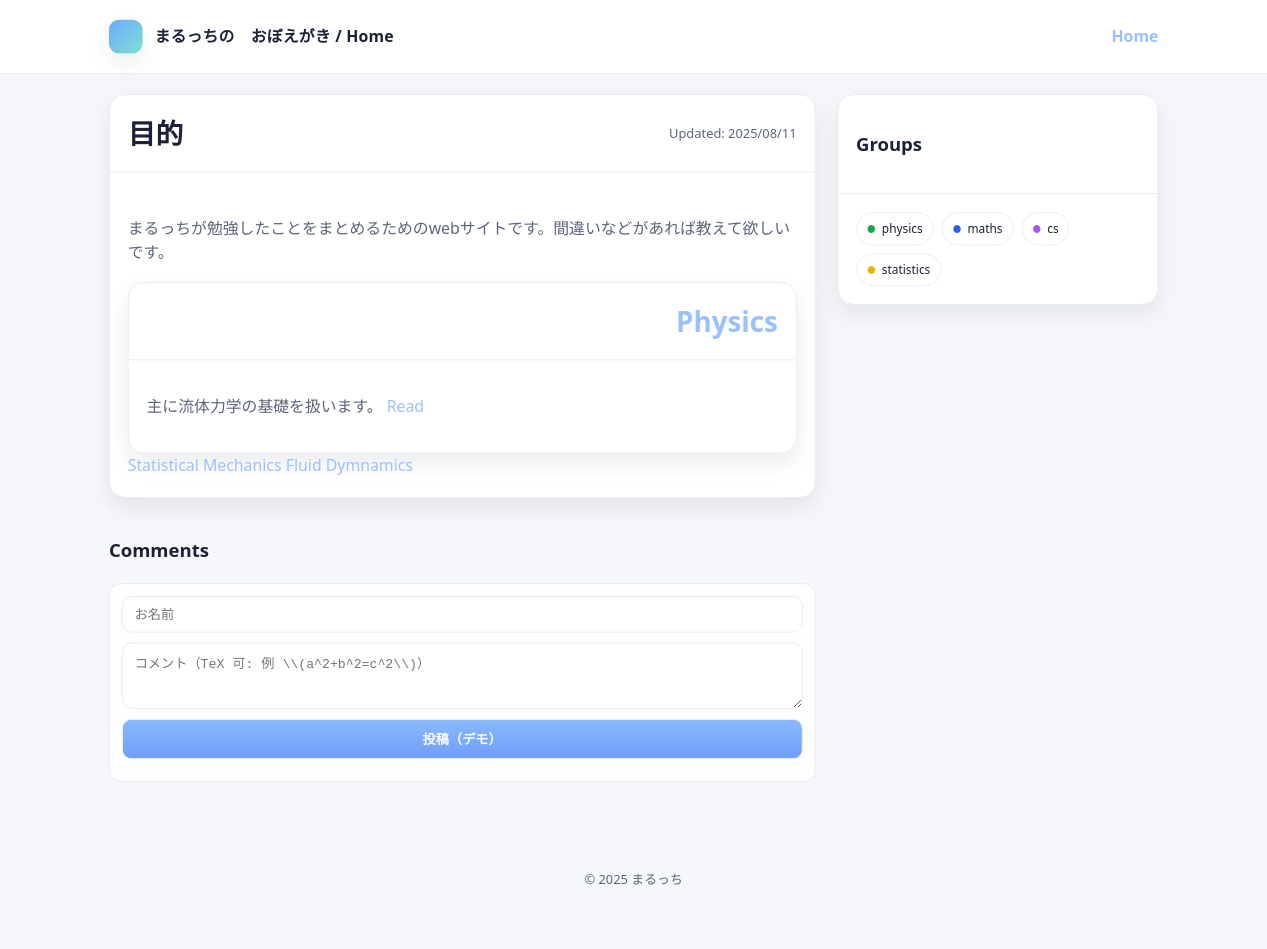
Repository: Riki-Mochimaru/tureduretunedune
Page: index.html
These files come from the project's save history. The page is drawn as it stood at one moment and after the next save; the edit follows.
The browser window is 1280 px wide. The pictures show the whole page, at 99% of full size.

Above is the page before, as saved 2025-08-11 23:45:48.

After the next save:
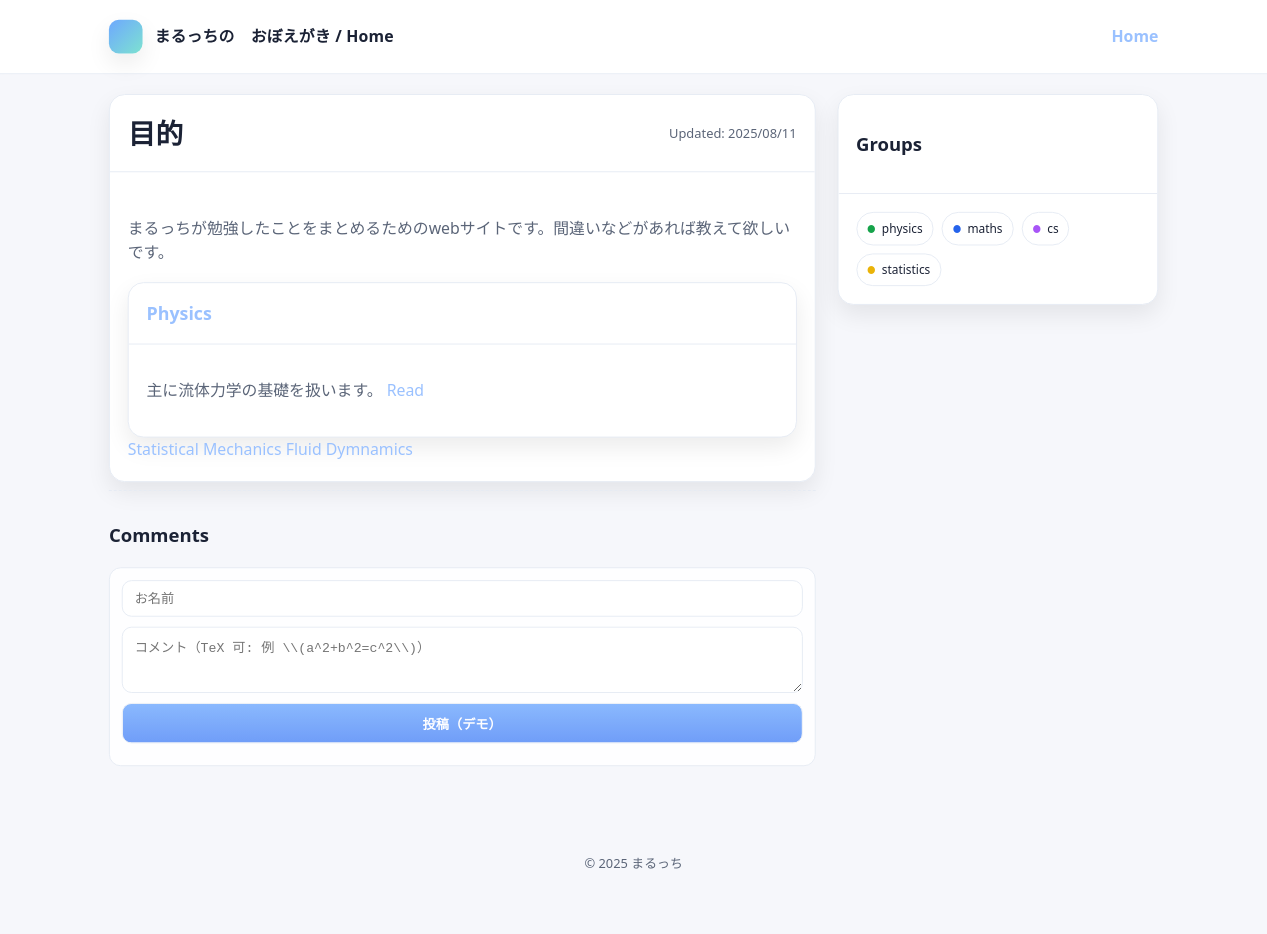
Saved 5 s later.
--- a/index.html
+++ b/index.html
@@ -35,7 +35,7 @@
             <div class="math">\\[ E = mc^2 \\]</div> -->
             <article class="card">
               <div class="hd"><h2 style="font-size:18px; margin:0;">
-                <h2><a href="physics/">Physics</a>
+              <a href="physics/">Physics</a>
               </h2></div>
               <div class="bd">
                 <!-- <div class="meta"><span>Topic: Fluid Dynamics</span></div> -->
